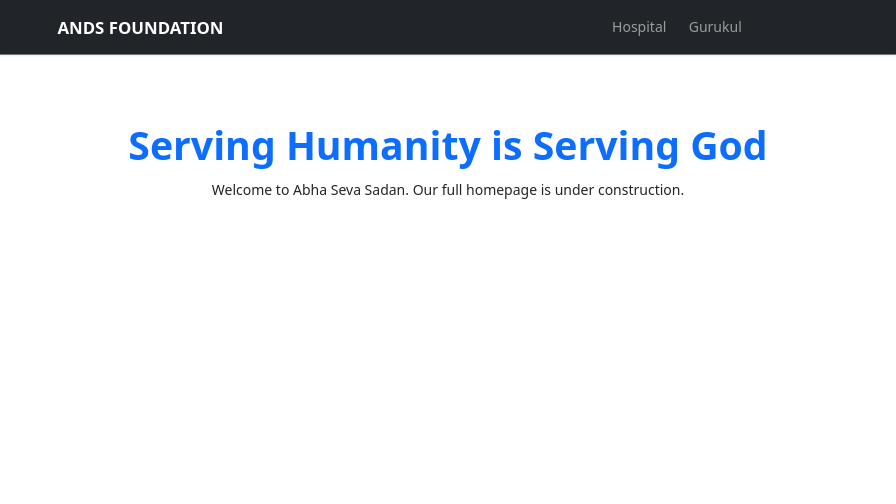
Repository: Gagankumar7869/ngo-website
Page: /
These files come from the project's save history. The page is drawn as it stood at one moment and after the next save; the edit follows.
The browser window is 1280 px wide. The pictures show the part of the page from y = 0 to 1920 px (the page is 720 px tall before and 3963 px after), at 70% of full size.
The project was rebuilt for these pictures with package versions that can differ from the ones it lists, and the page was loaded fresh each time. Also part of the build but not shown: vite.config.js, src/index.css, src/pages/Donate.jsx.

Above is the page before, as saved 2026-03-18 10:48:39.

After the next save:
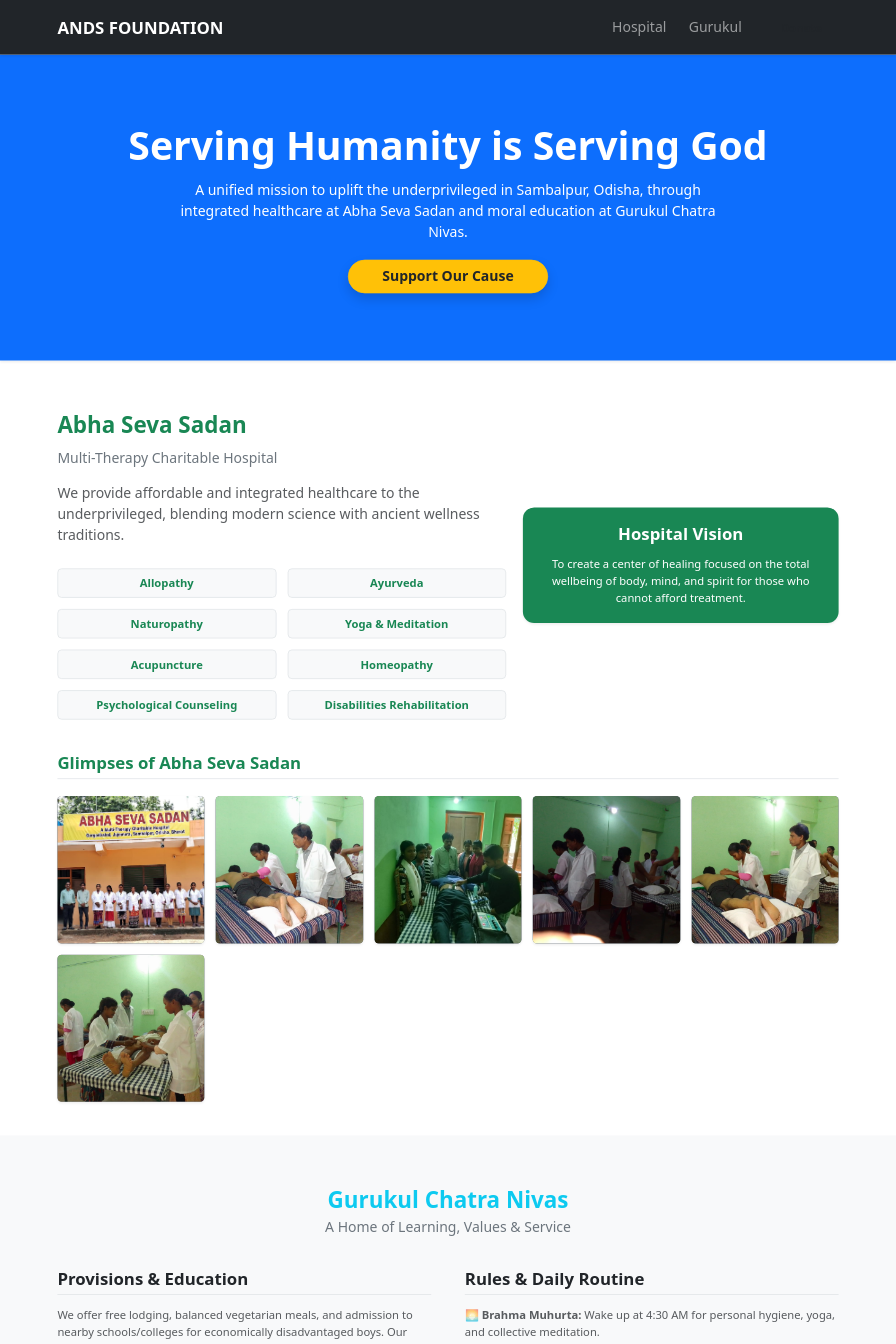
Saved 5 min 13 s later.
--- a/src/App.jsx
+++ b/src/App.jsx
@@ -1,27 +1,15 @@
 import React from 'react';
-import { BrowserRouter as Router, Routes, Route } from 'react-router-dom';
 import Navigation from './components/Navigation';
-import Donate from './pages/Donate';
-
-// A temporary placeholder for the Home page until we build it
-const Home = () => (
-  <div className="container py-5 text-center mt-5">
-    <h1 className="display-4 fw-bold text-primary">Serving Humanity is Serving God</h1>
-    <p className="lead mt-3">Welcome to Abha Seva Sadan. Our full homepage is under construction.</p>
-  </div>
-);
+import Home from './pages/Home';
 
 function App() {
   return (
-    <Router>
+    <div>
       <Navigation />
       <main>
-        <Routes>
-          <Route path="/" element={<Home />} />
-          <Route path="/donate" element={<Donate />} />
-        </Routes>
+        <Home />
       </main>
-    </Router>
+    </div>
   );
 }
 
